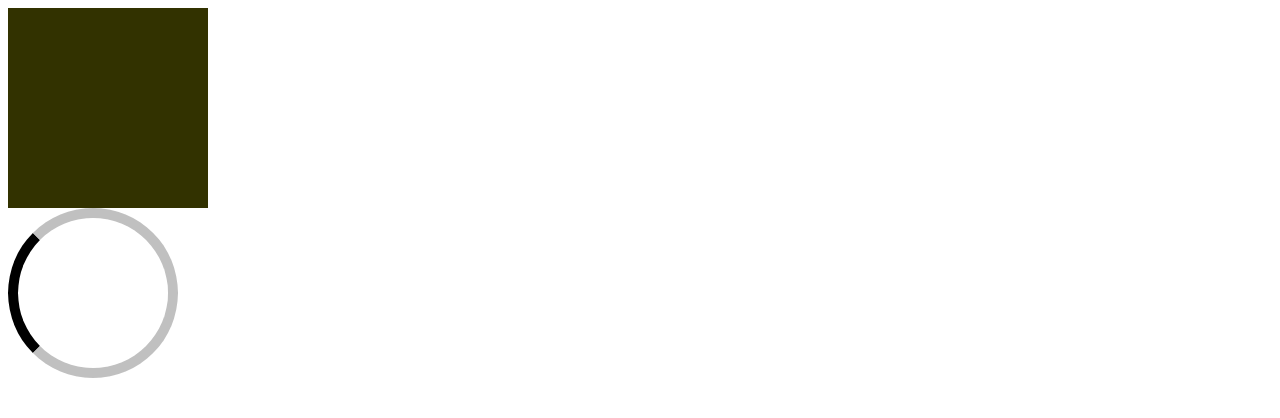
Repository: mariawasilewa-coca-cola/test1
Page: index.html
These files come from the project's save history. The page is drawn as it stood at one moment and after the next save; the edit follows.
The browser window is 1280 px wide. The pictures show the whole page.

Above is the page before, as saved 2021-11-04 19:07:24.

After the next save:
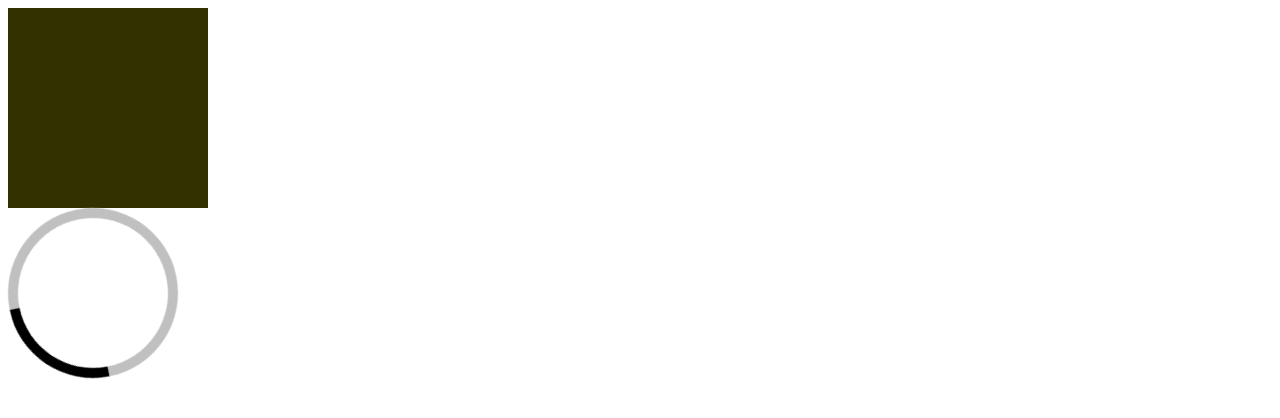
Saved 18 s later.
--- a/style.css
+++ b/style.css
@@ -38,7 +38,7 @@
     border-right: 10px solid silver;
     border-bottom: 10px solid black;
 
-    animation: loading .8s infinite linear;
+    animation: loading .8s infinite ease-in;
 }
 
 @keyframes loading {

After the save that followed:
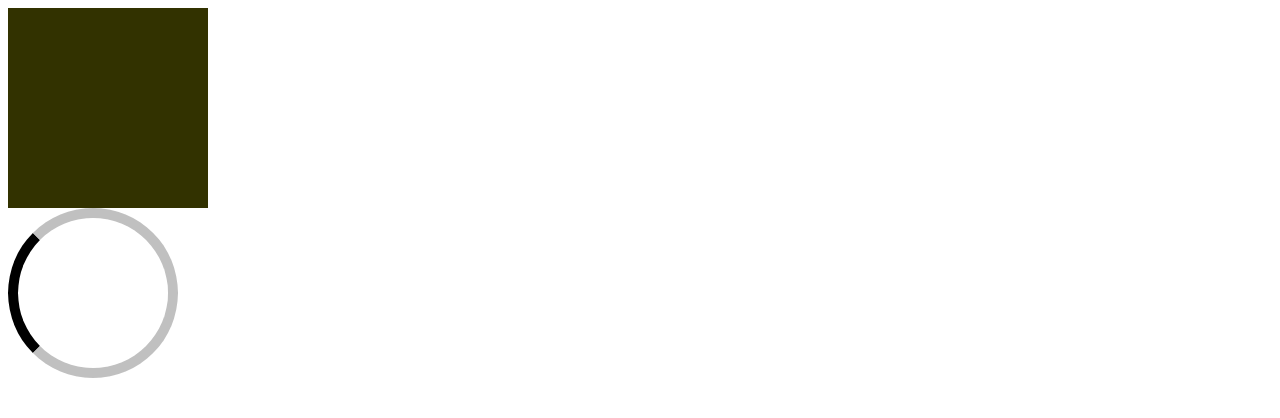
Saved 24 s later.
--- a/style.css
+++ b/style.css
@@ -38,7 +38,7 @@
     border-right: 10px solid silver;
     border-bottom: 10px solid black;
 
-    animation: loading .8s infinite ease-in;
+    animation: loading .8s infinite linear;
 }
 
 @keyframes loading {
